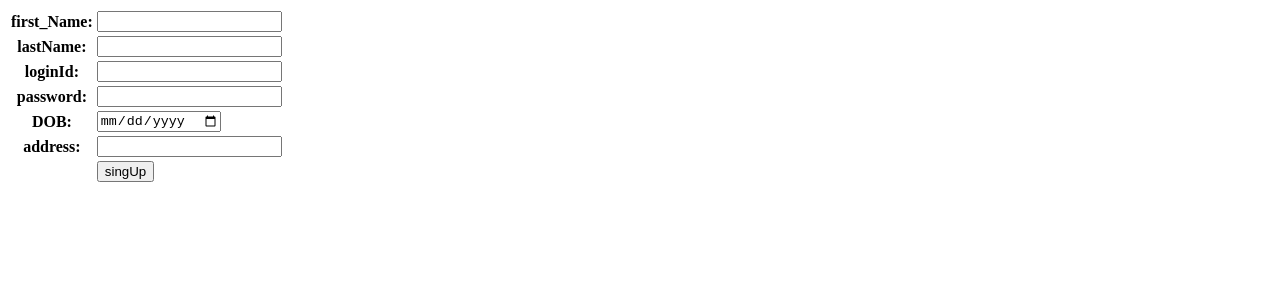
Repository: vikash9562/AdvanceJava
Page: http://localhost/DynamicProject/UserRegistration.jsp
These files come from the project's save history. The page is drawn as it stood at one moment and after the next save; the edit follows.
The browser window is 1280 px wide. The pictures show the whole page.
The page is served by Tomcat 9.

Above is the page before, as saved 2023-08-16 05:19:37.

After the next save:
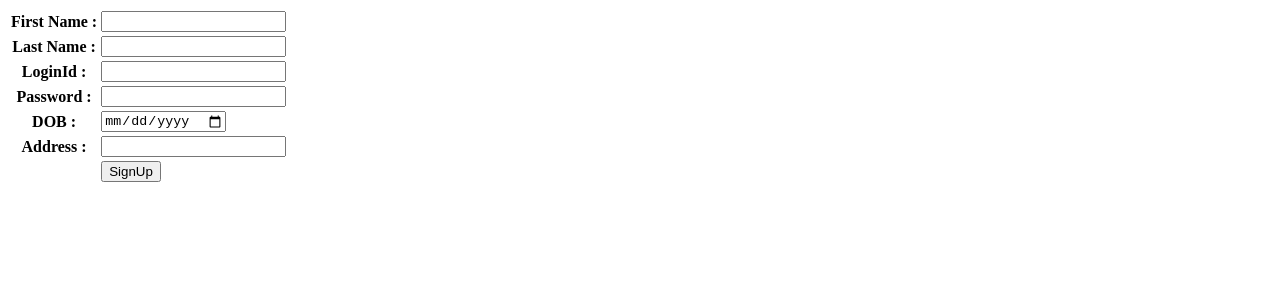
Saved 2 h 5 min later.
--- a/advance java/DynamicProject/WebContent/UserRegistration.jsp
+++ b/advance java/DynamicProject/WebContent/UserRegistration.jsp
@@ -1,5 +1,5 @@
 <%@ page language="java" contentType="text/html; charset=ISO-8859-1"
-    pageEncoding="ISO-8859-1"%>
+	pageEncoding="ISO-8859-1"%>
 <!DOCTYPE html>
 <html>
 <head>
@@ -7,43 +7,37 @@
 <title>Insert title here</title>
 </head>
 <body>
-		<form action="Welcome.jsp">
-					<table>
-							<tr>
-								<th> first_Name:</th>
-								<td><Input type="text"name="first_Name"></td>
-							</tr>
-
-							<tr>
-								<th> lastName:</th>
-								<td><Input type="text"name="lastName"></td>
-							</tr>
-
-							<tr>
-								<th> loginId:</th>
-								<td><Input type="text"name="loginId"></td>
-							</tr>
-
-							<tr>
-								<th> password:</th>
-								<td><Input type="text"name="password"></td>
-							</tr>
-
-							<tr>
-								<th> DOB:</th>
-								<td><Input type="date"name="Dob"></td>
-							</tr>
-
-							<tr>
-								<th> address:</th>
-								<td><Input type="text"name="address"></td>
-							</tr>
-							<tr>
-								<th></th>
-								<td><Input type="submit"value="singUp"></td>
-							</tr>
-
-					</table>
-		</form>
+	<form action="Welcome.jsp" method="post">
+		<table>
+			<tr>
+				<th>First Name :</th>
+				<td><input type="text" name="firstName"></td>
+			</tr>
+			<tr>
+				<th>Last Name :</th>
+				<td><input type="text" name="lastName"></td>
+			</tr>
+			<tr>
+				<th>LoginId :</th>
+				<td><input type="text" name="loginId"></td>
+			</tr>
+			<tr>
+				<th>Password :</th>
+				<td><input type="password" name="password"></td>
+			</tr>
+			<tr>
+				<th>DOB :</th>
+				<td><input type="date" name="dob"></td>
+			</tr>
+			<tr>
+				<th>Address :</th>
+				<td><input type="text" name="address"></td>
+			</tr>
+			<tr>
+				<th></th>
+				<td><input type="submit" value="SignUp"></td>
+			</tr>
+		</table>
+	</form>
 </body>
 </html>
